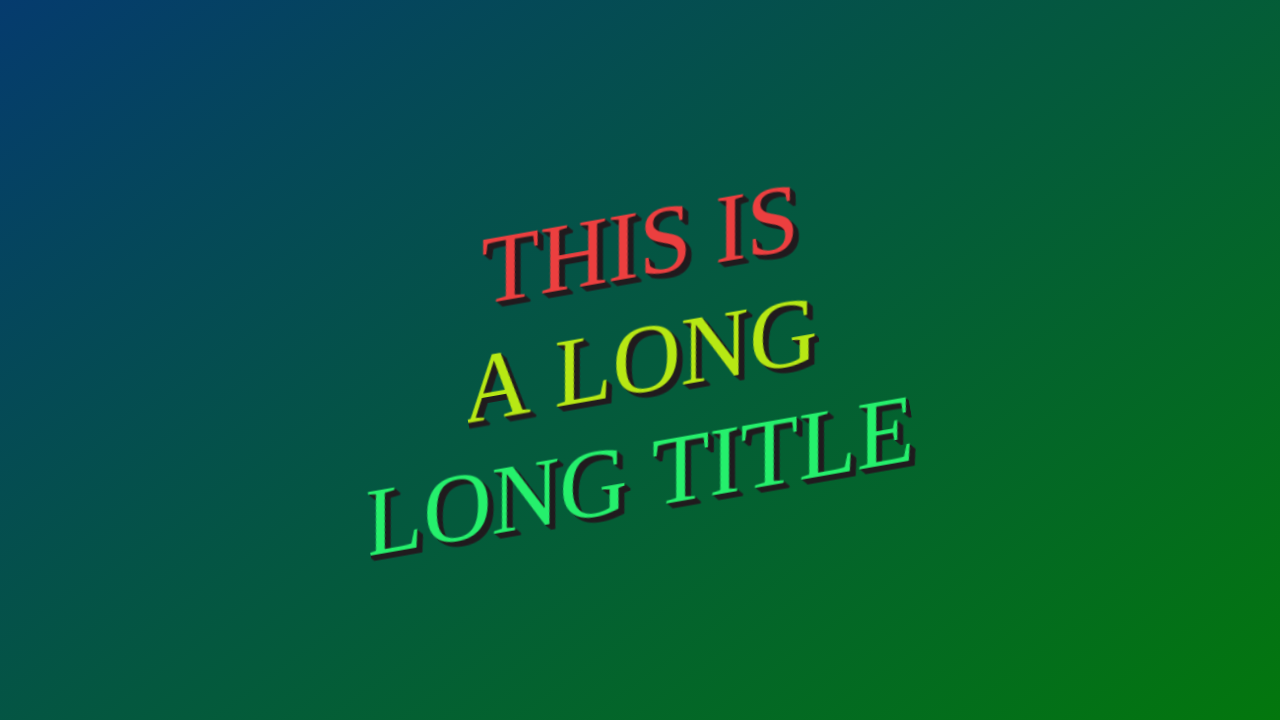
Repository: zuuo/--
Page: 文字入场动画1/index.html
These files come from the project's save history. The page is drawn as it stood at one moment and after the next save; the edit follows.
The browser window is 1280 px wide. The pictures show the whole page.
The style sheet was rebuilt from its Sass, Less or Tailwind sources for each picture, by a compiler version that may differ from the author's.

Above is the page before, as saved 2024-03-03 21:25:47.

### 文字入场动画1/index.html
<!DOCTYPE html>
<html lang="en">

<head>
    <meta charset="UTF-8">
    <meta name="viewport" content="width=device-width, initial-scale=1.0">
    <title>文字入场动画1</title>
    <link rel="stylesheet" href="./style.css">
</head>

<body>
    <p class="title">THIS IS</p>
    <p class="title">A LONG</p>
    <p class="title">LONG TITLE</p>
</body>
<script src="index.js"></script>

</html>

### 文字入场动画1/index.js
const titleElements = document.querySelectorAll('.title');
titleElements.forEach((element, index) => {
    let context = element.textContent;
    let spanElements = context.split('').map(letter => `<span>${letter.trim() ? letter : '&nbsp;'}</span>`).join('');
    element.innerHTML = spanElements;
});

document.querySelectorAll('.title span').forEach((span, index) => {
    span.style.setProperty('--delayIndex', index);
    console.log(span);
})

### 文字入场动画1/style.less
body {
    padding: 0;
    margin: 0;
    background-image: linear-gradient(-36deg, #03770d, #053b6e);
    width: 100vw;
    height: 100vh;
    display: flex;
    justify-content: center;
    align-items: center;
    flex-direction: column;
    user-select: none;
}

.title {
    font-size: 96px;
    transform: rotate(-10deg);
    overflow: hidden;

    line-height: 1;
    margin: 10px 0;
    display: flex;

    &:nth-child(1) {
        color: #ec3f3f;
    }

    &:nth-child(2) {
        color: #b7e814;
    }

    &:nth-child(3) {
        color: #25f06c;
    }

    span {
        --delayTime: 1s;
        opacity: 0;
        transform: skew(-10deg) translateY(300%);
        text-shadow: 1px 1px #201b1e, 2px 2px #201b1e, 3px 3px #201b1e, 4px 4px #201b1e, 5px 5px #201b1e, 6px 6px #201b1e;
        animation: moveIn 0.5s cubic-bezier(0, 0, 0.8, 1.5) forwards;
        transition-delay: calc(var(--delayTime) * var(--delayIndex, 0));
    }
}

@keyframes moveIn {
    form {
        transform: skew(-10deg) translateY(300%);
        opacity: 0;
    }

    to {
        transform: skew(-10deg) translateY(0);
        opacity: 1;
    }
}

After the next save:
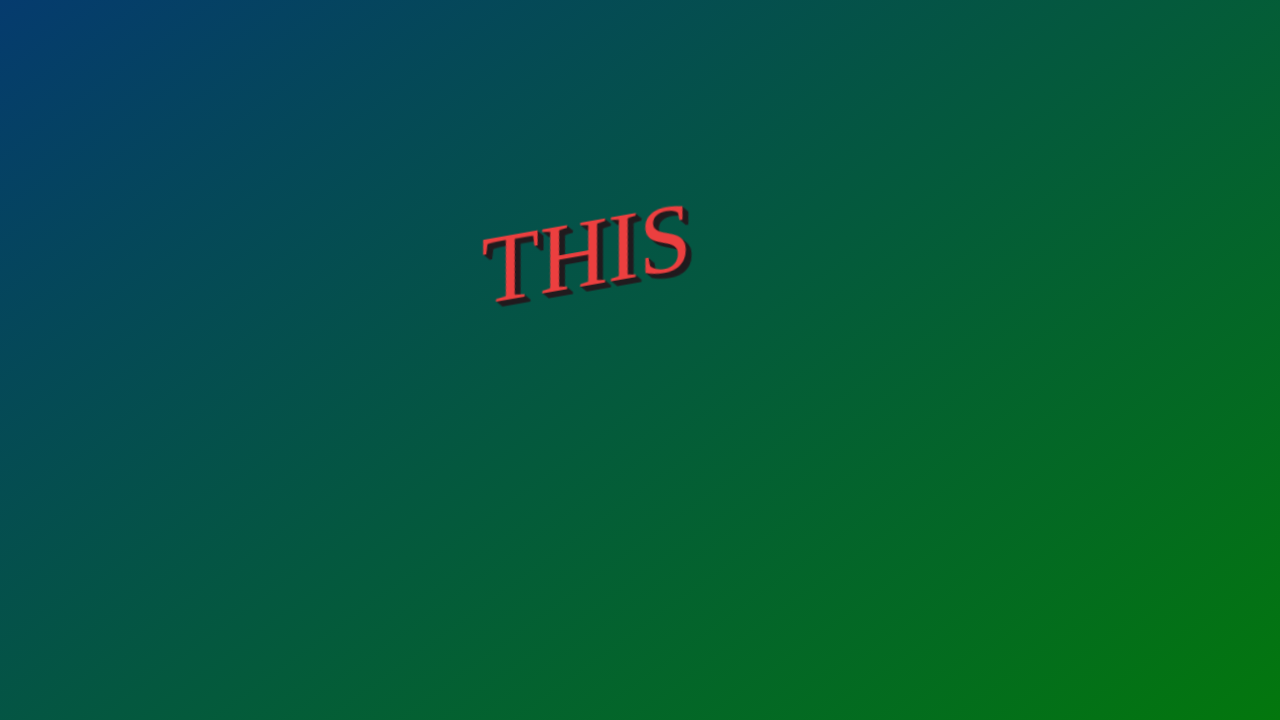
Saved 20 s later.
--- a/文字入场动画1/style.less
+++ b/文字入场动画1/style.less
@@ -38,7 +38,7 @@ body {
         transform: skew(-10deg) translateY(300%);
         text-shadow: 1px 1px #201b1e, 2px 2px #201b1e, 3px 3px #201b1e, 4px 4px #201b1e, 5px 5px #201b1e, 6px 6px #201b1e;
         animation: moveIn 0.5s cubic-bezier(0, 0, 0.8, 1.5) forwards;
-        transition-delay: calc(var(--delayTime) * var(--delayIndex, 0));
+        animation-delay: calc(var(--delayTime) * var(--delayIndex, 0));
     }
 }
 

After the save that followed:
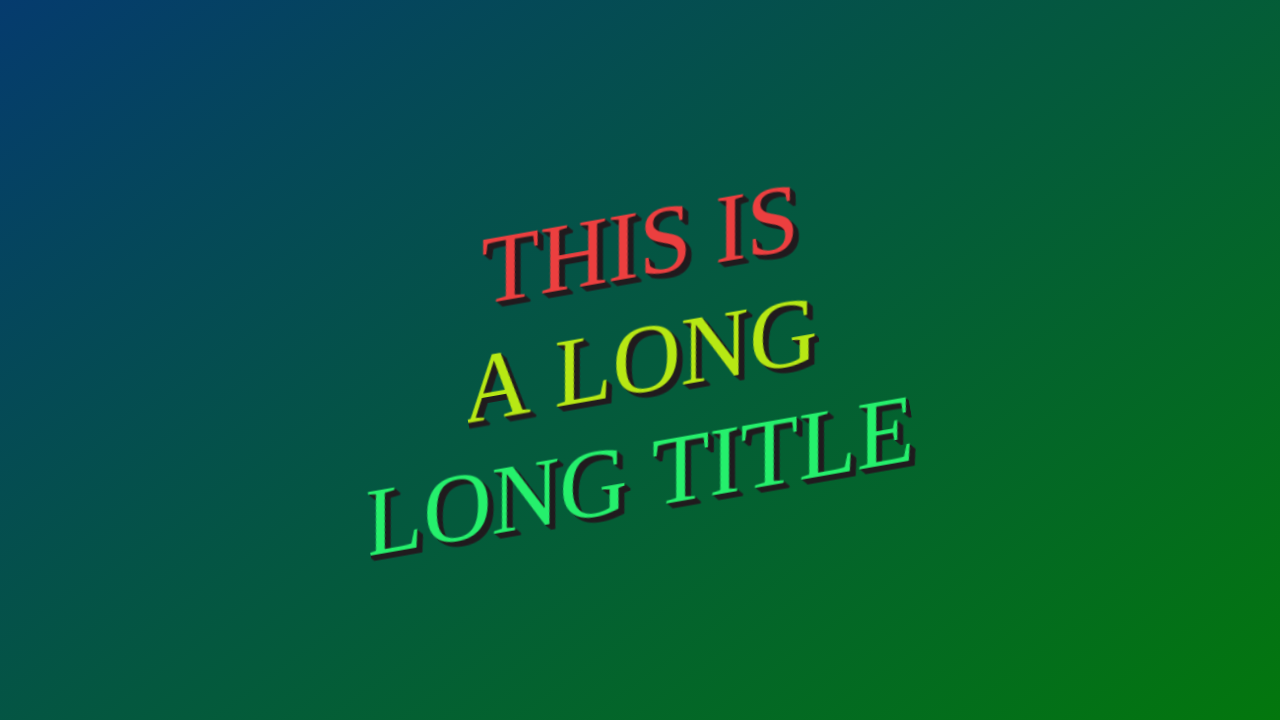
Saved 4 s later.
--- a/文字入场动画1/style.less
+++ b/文字入场动画1/style.less
@@ -33,7 +33,7 @@ body {
     }
 
     span {
-        --delayTime: 1s;
+        --delayTime: 0.1s;
         opacity: 0;
         transform: skew(-10deg) translateY(300%);
         text-shadow: 1px 1px #201b1e, 2px 2px #201b1e, 3px 3px #201b1e, 4px 4px #201b1e, 5px 5px #201b1e, 6px 6px #201b1e;
